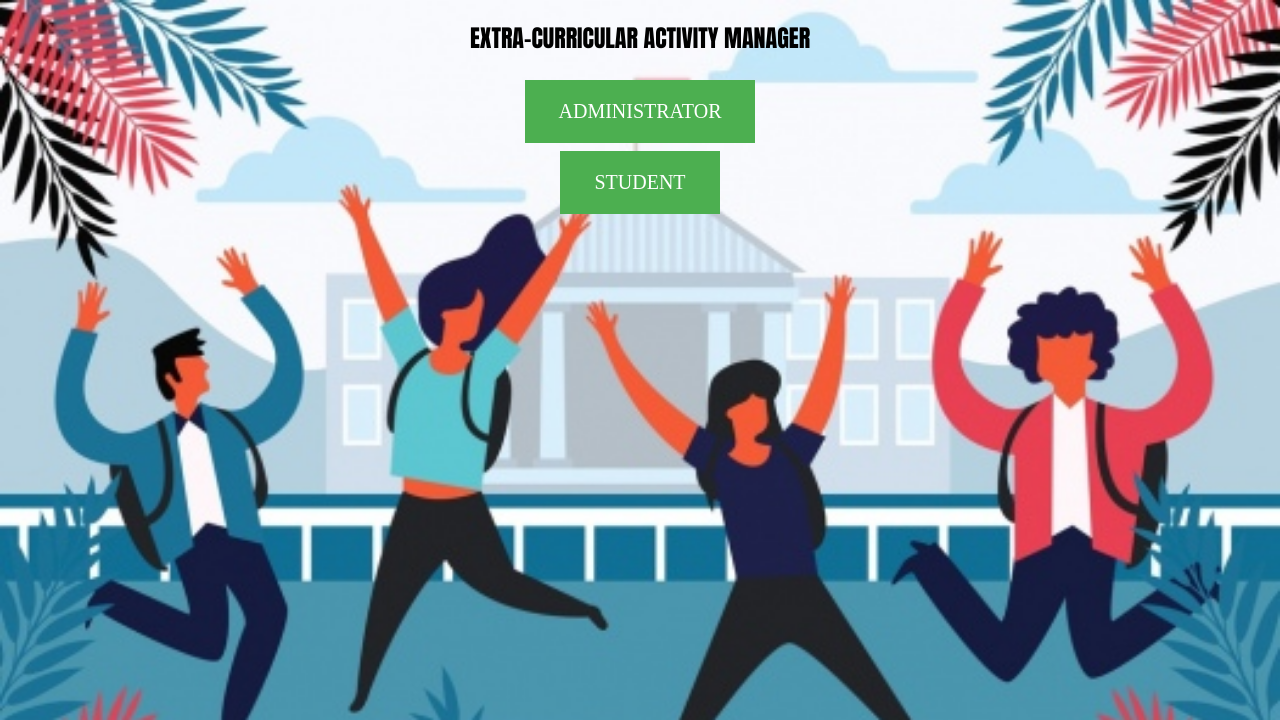
Repository: Malz6/DBMS-ActivityTracking
Page: dbs/WebContent/first.html
These files come from the project's save history. The page is drawn as it stood at one moment and after the next save; the edit follows.
The browser window is 1280 px wide. The pictures show the whole page.

Above is the page before, as saved 2019-12-12 13:08:21.

After the next save:
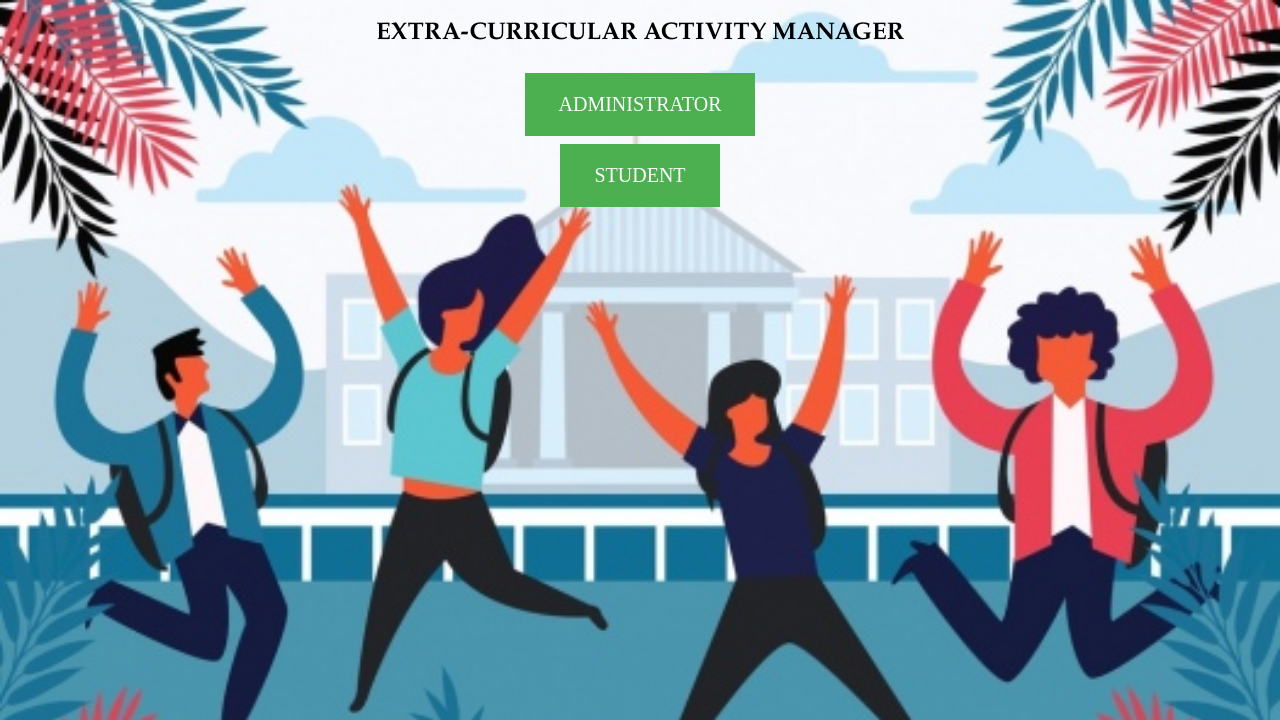
Saved 4 min 50 s later.
--- a/dbs/WebContent/first.html
+++ b/dbs/WebContent/first.html
@@ -12,7 +12,7 @@
 		  }
 		 h2
 		 {
-		 	font-family : Impact, Charcoal, sans-serif;
+		 	font-family : "Palatino Linotype", "Book Antiqua", Palatino, serif;
 		 }
 
          .button {
